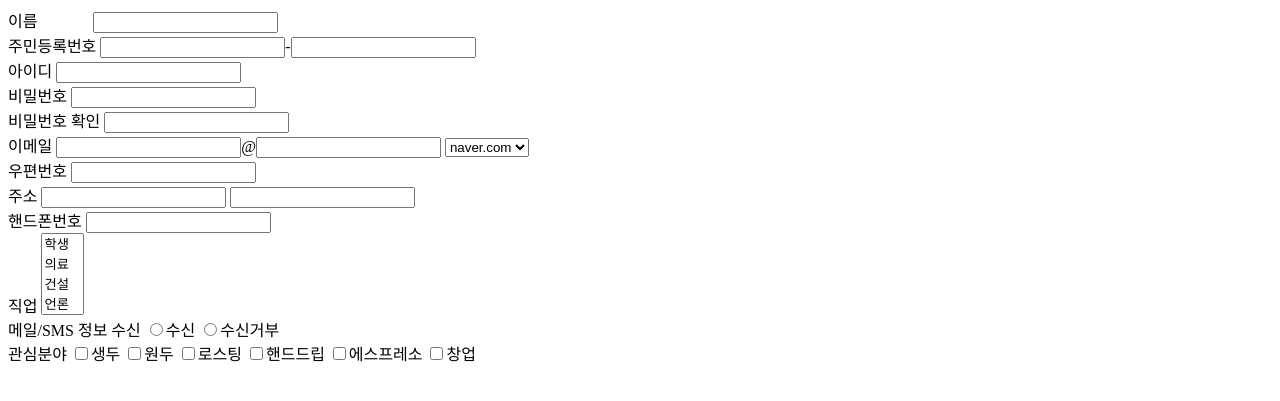
Repository: Yoon-jae-min/JSP-Servlet_Study
Page: http://localhost/self-study-01/join.jsp
These files come from the project's save history. The page is drawn as it stood at one moment and after the next save; the edit follows.
The browser window is 1280 px wide. The pictures show the whole page.
The page is served by Tomcat 10.

Above is the page before, as saved 2024-06-06 12:02:15.

After the next save:
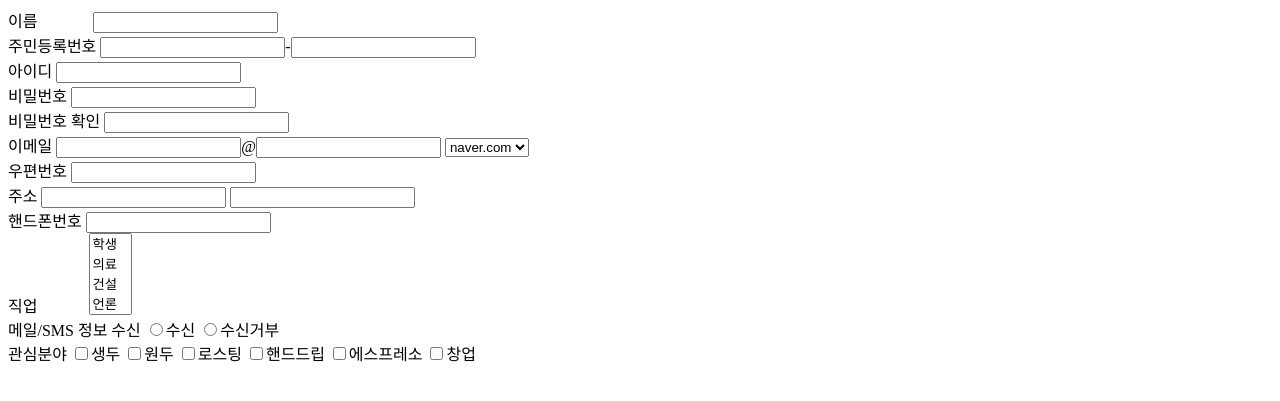
Saved 33 s later.
--- a/JSP&Servlet-selfStudy/self-study-01/src/main/webapp/join.jsp
+++ b/JSP&Servlet-selfStudy/self-study-01/src/main/webapp/join.jsp
@@ -33,7 +33,7 @@
 			<input type="text" name="addressBehind"><br>
 		<label>핸드폰번호</label>
 			<input type="text" name="telNum"><br>
-		<label>직업</label>
+		<label>직업&emsp;&emsp;&emsp;</label>
 			<select name="job" size="4">
 				<option>학생</option>
 				<option>의료</option>
